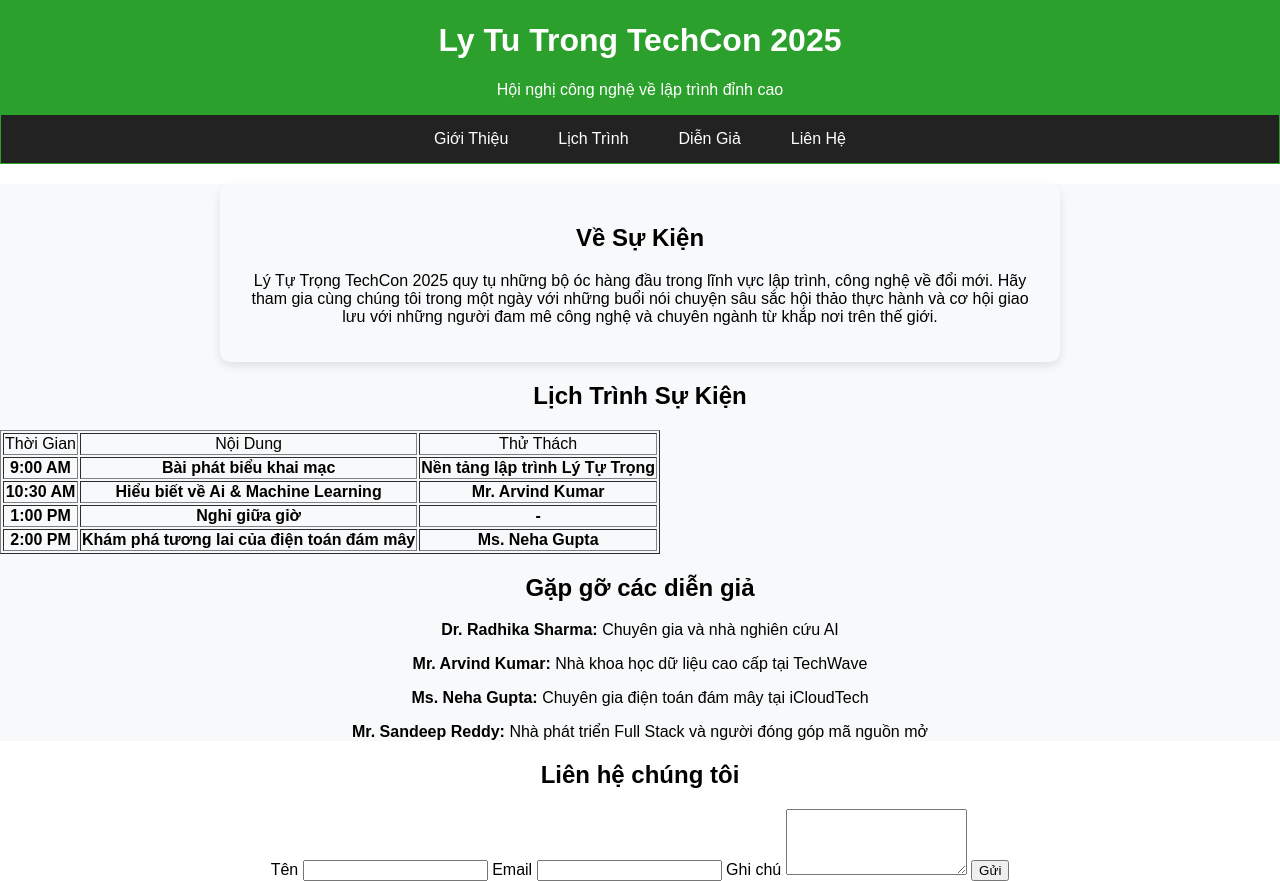
Repository: NhatMinh121/BaiTapVeNha1
Page: index.html
The author's editor kept a copy of each file at every save. The page is drawn from the files as they stood at one save, then again after the next save.
The browser window is 1280 px wide. The pictures show the whole page.

Above is the page before, as saved 2025-03-28 22:59:58.

After the next save:
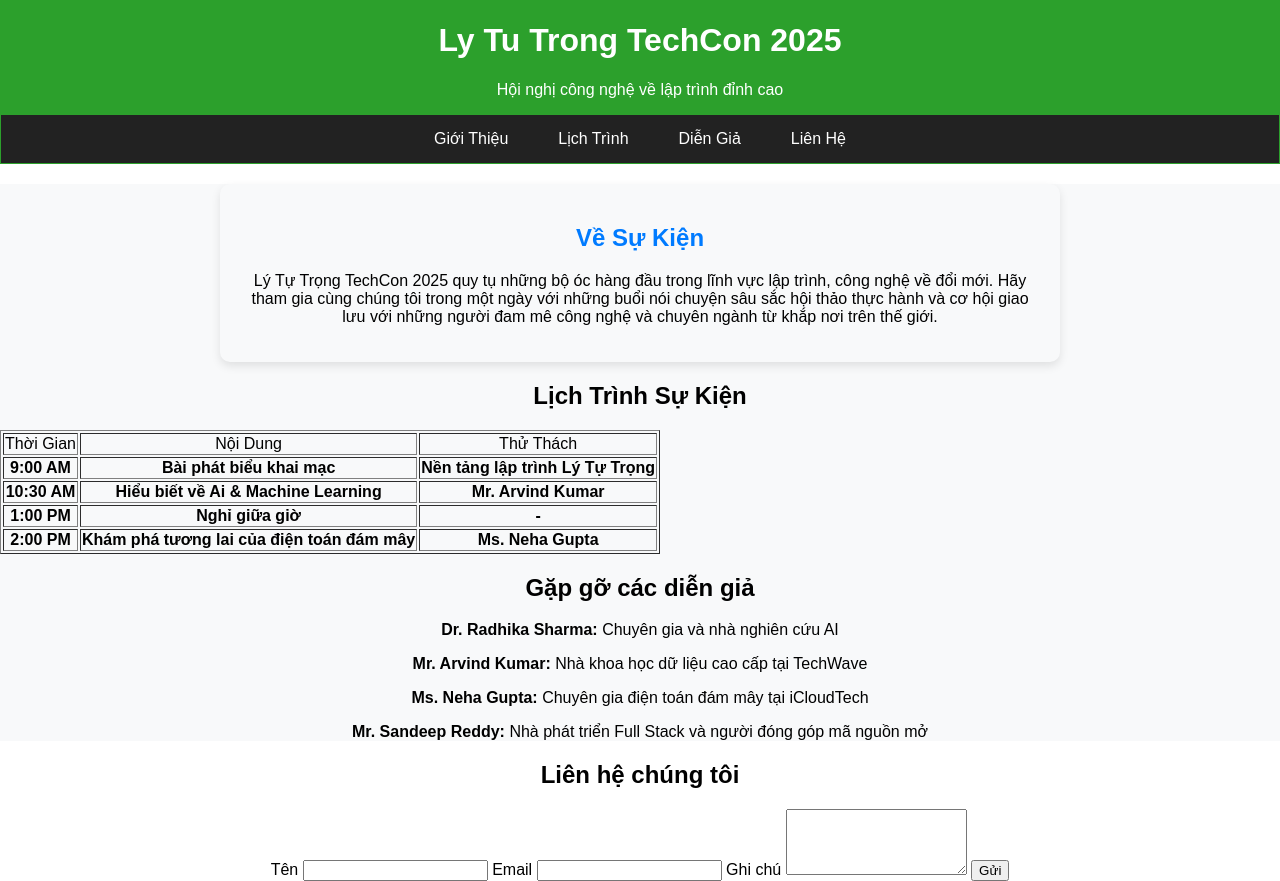
Saved 44 s later.
--- a/style.css
+++ b/style.css
@@ -52,3 +52,7 @@ main {
     max-width: 800px;
     margin: 20px auto;
 }
+
+.main-event h2 {
+    color: #007bff;
+}
